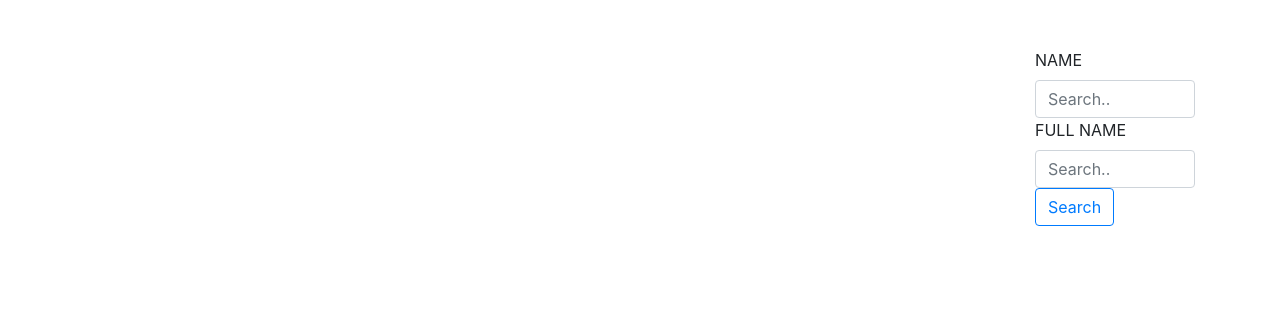
Repository: mdtahsinamin/react-intensip-task
Page: /home
An editor plug-in stored every save of this project. The page is shown before and after the next save, followed by the edit.
The browser window is 1280 px wide. The pictures show the whole page.
The page's requests for data from a server got no answer. The project was rebuilt for these pictures with package versions that can differ from the ones it lists, and the page was loaded fresh each time. No one was signed in, and anything a server would have sent is missing. Also part of the build but not shown: src/components/Home/Countries.js.

Above is the page before, as saved 2021-01-22 21:05:00.

### src/App.js
import { lazy, Suspense } from "react";
import {
  BrowserRouter as Router,
  Switch,
  Route,
} from "react-router-dom";
function App() {
  return (
    <Suspense fallback={<div>Loading...</div>}>
       <Router>
          <Switch>
              <Route path='/home'
              component={
                 lazy(()=>import("./components/Home/Home"))
              }/>
              <Route exact path='/'
              component={
                 lazy(()=>import("./components/Home/Home"))
              }/>
          </Switch>
      </Router>
    </Suspense>
  );
}

export default App;

### src/components/Home/Home.js
import React, { useEffect } from 'react';
import { useState } from 'react';
import { Button, Col, Container, Row } from 'react-bootstrap';
import Countries from './Countries';
import loader from '../../images/loader.gif';
const Home = () => {
    const [countries,setCountries] = useState([]);
    const [name,setName] = useState('');
    const [filterCountries,setFilterCountries] = useState([]);

    useEffect(() =>{
         fetch(`https://restcountries.eu/rest/v2/all`)
         .then(response => response.json())
         .then(data => setCountries(data))
      },[]);

    useEffect(() =>{
        setFilterCountries(
            countries.filter(country =>
                country.name.toLowerCase().includes(name.toLowerCase())
            )
        )
    },[name,countries])

    return (
        <Container className='py-5'>
           <Row>
               <Col md={10}>
                   <Row>
                      {
                        filterCountries.map((country,index)=> <Countries
                        key={index}
                        country={country}/>)
                      }
                   </Row>
               </Col>
               <Col md={2}>
               <div>
                <label>NAME</label>
                <input
                    type="text"
                    className="form-control "
                    name="name"
                    placeholder="Search.."
                    onChange={(e)=>setName(e.target.value)}
                />
                <label>FULL NAME</label>
                <input
                    type="text"
                    className="form-control "
                    name="fullName"
                    placeholder="Search.."
                    onChange={(e)=>setName(e.target.value)}
                />

                <Button variant="outline-primary">Search</Button>
               </div>
               </Col>
           </Row>
        </Container>
    );
};


export default Home;

/*
 <div className='d-flex justify-content-center align-content-center mb-3'>
                <input
                type="text"
                className="form-control w-25 p-2 mr-2"
                name="search"
                placeholder="Search.."
                onChange={(e)=>setName(e.target.value)}
                />
                <Button variant="outline-primary">Search</Button>
            </div>



*/

Loaded but not shown: public/index.html (common file); src/index.js (common file); src/index.css (common file); src/reportWebVitals.js (common file)

After the next save:
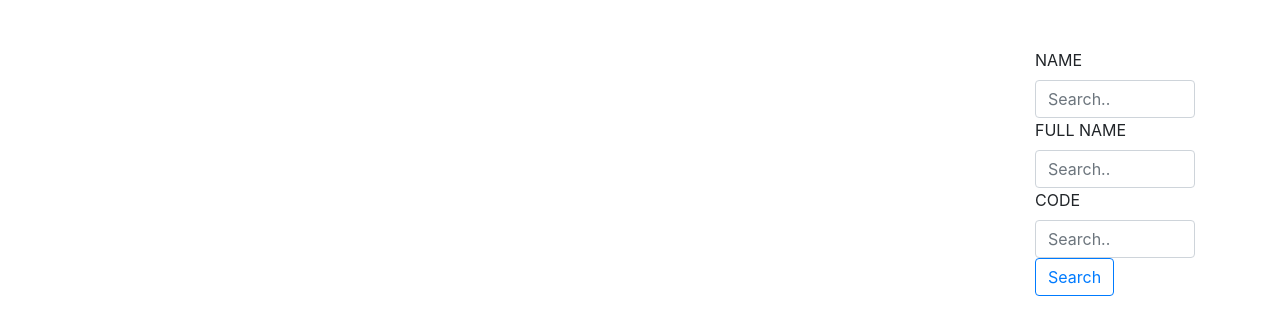
Saved 31 s later.
--- a/src/components/Home/Home.js
+++ b/src/components/Home/Home.js
@@ -52,6 +52,14 @@ const Home = () => {
                     placeholder="Search.."
                     onChange={(e)=>setName(e.target.value)}
                 />
+                <label>CODE</label>
+                <input
+                    type="text"
+                    className="form-control "
+                    name="code"
+                    placeholder="Search.."
+                    onChange={(e)=>setName(e.target.value)}
+                />
 
                 <Button variant="outline-primary">Search</Button>
                </div>
